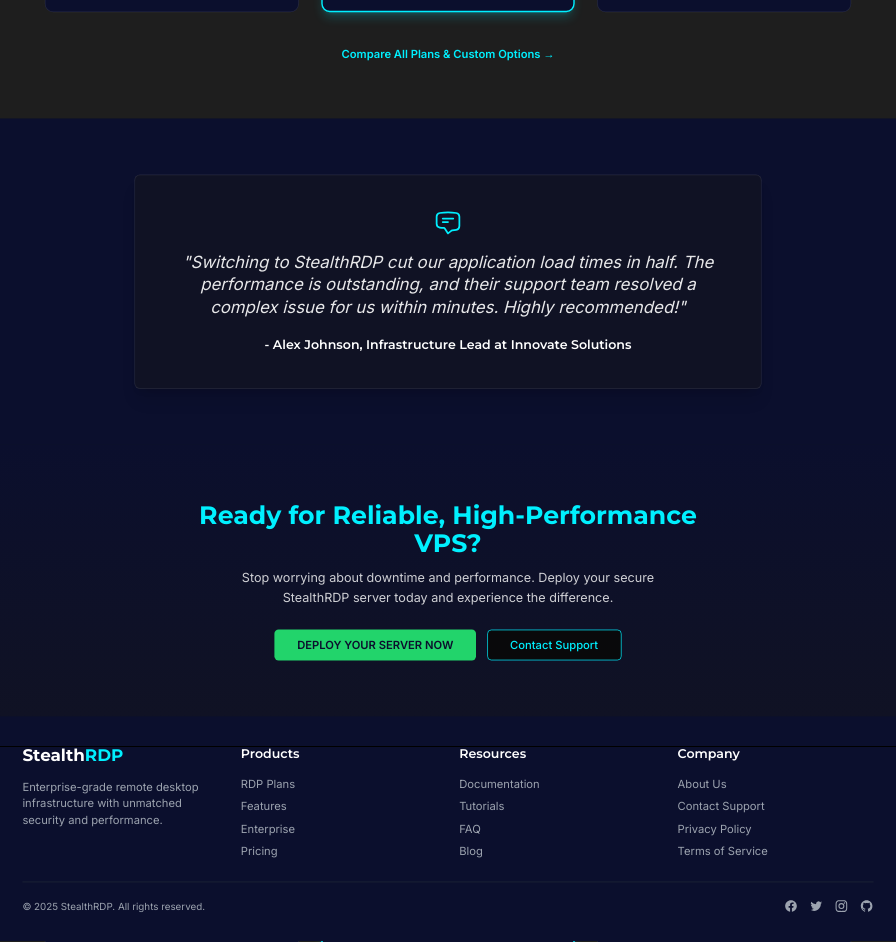
Repository: Husnainn01/stealthrdp2
Page: /
The author's editor kept a copy of each file at every save. The page is drawn from the files as they stood at one save, then again after the next save.
The browser window is 1280 px wide. The pictures show the part of the page from y = 1838 to 3758 px (the page is 3183 px tall before and 4305 px after), at 70% of full size.
The project was rebuilt for these pictures with package versions that can differ from the ones it lists, and the page was loaded fresh each time. Also part of the build but not shown: vite.config.ts, src/components/ui/tooltip.tsx, src/components/ui/accordion.tsx, src/pages/FAQ.tsx, src/components/ui/card.tsx, src/components/ui/tabs.tsx, src/pages/Plans.tsx, src/pages/Features.tsx and 1 more.

Above is the page before, as saved 2025-05-05 23:18:08.

### index.html
<!DOCTYPE html>
<html lang="en">
  <head>
    <meta charset="UTF-8" />
    <meta name="viewport" content="width=device-width, initial-scale=1.0" />
    <title>stealth-digital-revamp</title>
    <meta name="description" content="Lovable Generated Project" />
    <meta name="author" content="Lovable" />

    <meta property="og:title" content="stealth-digital-revamp" />
    <meta property="og:description" content="Lovable Generated Project" />
    <meta property="og:type" content="website" />
    <meta property="og:image" content="https://lovable.dev/opengraph-image-p98pqg.png" />

    <meta name="twitter:card" content="summary_large_image" />
    <meta name="twitter:site" content="@lovable_dev" />
    <meta name="twitter:image" content="https://lovable.dev/opengraph-image-p98pqg.png" />
  </head>

  <body>
    <div id="root"></div>
    <!-- IMPORTANT: DO NOT REMOVE THIS SCRIPT TAG OR THIS VERY COMMENT! -->
    <script src="https://cdn.gpteng.co/gptengineer.js" type="module"></script>
    <script type="module" src="/src/main.tsx"></script>

    <!--Start of Tawk.to Script-->
    <script type="text/javascript">
    var Tawk_API=Tawk_API||{}, Tawk_LoadStart=new Date();
    (function(){
    var s1=document.createElement("script"),s0=document.getElementsByTagName("script")[0];
    s1.async=true;
    s1.src='https://embed.tawk.to/67aadec4825083258e1318e0/1ijpnccj4';
    s1.charset='UTF-8';
    s1.setAttribute('crossorigin','*');
    s0.parentNode.insertBefore(s1,s0);
    })();
    </script>
    <!--End of Tawk.to Script-->
  </body>
</html>

### src/App.tsx
import { Toaster } from "@/components/ui/toaster";
import { Toaster as Sonner } from "@/components/ui/sonner";
import { TooltipProvider } from "@/components/ui/tooltip";
import { QueryClient, QueryClientProvider } from "@tanstack/react-query";
import { BrowserRouter, Routes, Route } from "react-router-dom";
import ScrollToTop from "./components/ScrollToTop";
import Index from "./pages/Index";
import FAQPage from "./pages/FAQ";
import Plans from "./pages/Plans";
import Features from "./pages/Features";
import NotFound from "./pages/NotFound";

const queryClient = new QueryClient();

const App = () => (
  <QueryClientProvider client={queryClient}>
    <TooltipProvider>
      <Toaster />
      <Sonner />
      <BrowserRouter>
        <ScrollToTop />
        <Routes>
          <Route path="/" element={<Index />} />
          <Route path="/faq" element={<FAQPage />} />
          <Route path="/plans" element={<Plans />} />
          <Route path="/features" element={<Features />} />
          {/* ADD ALL CUSTOM ROUTES ABOVE THE CATCH-ALL "*" ROUTE */}
          <Route path="*" element={<NotFound />} />
        </Routes>
      </BrowserRouter>
    </TooltipProvider>
  </QueryClientProvider>
);

export default App;

### src/components/ui/toaster.tsx
import { useToast } from "@/hooks/use-toast"
import {
  Toast,
  ToastClose,
  ToastDescription,
  ToastProvider,
  ToastTitle,
  ToastViewport,
} from "@/components/ui/toast"

export function Toaster() {
  const { toasts } = useToast()

  return (
    <ToastProvider>
      {toasts.map(function ({ id, title, description, action, ...props }) {
        return (
          <Toast key={id} {...props}>
            <div className="grid gap-1">
              {title && <ToastTitle>{title}</ToastTitle>}
              {description && (
                <ToastDescription>{description}</ToastDescription>
              )}
            </div>
            {action}
            <ToastClose />
          </Toast>
        )
      })}
      <ToastViewport />
    </ToastProvider>
  )
}

### src/components/ui/sonner.tsx
import { useTheme } from "next-themes"
import { Toaster as Sonner, toast } from "sonner"

type ToasterProps = React.ComponentProps<typeof Sonner>

const Toaster = ({ ...props }: ToasterProps) => {
  const { theme = "system" } = useTheme()

  return (
    <Sonner
      theme={theme as ToasterProps["theme"]}
      className="toaster group"
      toastOptions={{
        classNames: {
          toast:
            "group toast group-[.toaster]:bg-background group-[.toaster]:text-foreground group-[.toaster]:border-border group-[.toaster]:shadow-lg",
          description: "group-[.toast]:text-muted-foreground",
          actionButton:
            "group-[.toast]:bg-primary group-[.toast]:text-primary-foreground",
          cancelButton:
            "group-[.toast]:bg-muted group-[.toast]:text-muted-foreground",
        },
      }}
      {...props}
    />
  )
}

export { Toaster, toast }

### src/components/ScrollToTop.tsx
import { useEffect } from 'react';
import { useLocation } from 'react-router-dom';

// This component scrolls to the top of the page when the route changes
const ScrollToTop = () => {
  const { pathname } = useLocation();

  useEffect(() => {
    // Scroll to top with smooth behavior
    window.scrollTo({
      top: 0,
      left: 0,
      behavior: 'smooth'
    });
  }, [pathname]);

  return null; // This component doesn't render anything
};

export default ScrollToTop;

### src/pages/Index.tsx
import React from 'react';
import { Link } from 'react-router-dom';
import Layout from '@/components/Layout';
import { Button } from '@/components/ui/button';
import { Check, Zap, ShieldCheck, Clock, Users } from 'lucide-react';

const Index = () => {
  return (
    <Layout>
      {/* 1. Hero Section */}
      <section className="pt-24 pb-16 md:pt-32 md:pb-24 relative overflow-hidden bg-gradient-to-b from-charcoal to-midnight">
        <div className="absolute inset-0 z-0 opacity-30 bg-[radial-gradient(#22D46B1A_1px,transparent_1px)] [background-size:24px_24px]"></div>
        <div className="container relative z-10">
          <div className="max-w-4xl mx-auto text-center">
            <h1 className="text-4xl md:text-5xl lg:text-6xl font-bold font-montserrat mb-6 text-electric fade-in">
              Blazing-Fast & Secure VPS Hosting
            </h1>
            <p className="text-white/80 text-lg md:text-xl mb-8 fade-in" style={{ animationDelay: '0.2s' }}>
              Get instant server deployment, NVMe SSD speed, robust DDoS protection, and expert 24/7 support.
            </p>
            <div className="flex flex-col sm:flex-row justify-center gap-4 mb-6 fade-in" style={{ animationDelay: '0.4s' }}>
              <Button asChild size="lg" className="bg-cyber text-midnight hover:bg-cyber/90 font-bold uppercase text-base px-8 py-3">
                <Link to="/plans">Deploy Your Server Now</Link>
              </Button>
              <Button asChild variant="outline" size="lg" className="border-electric text-electric hover:bg-electric/10 text-base px-8 py-3">
                <Link to="/plans">Compare Plans</Link>
              </Button>
            </div>
            {/* Trust Signals */}
            <div className="flex justify-center items-center gap-4 md:gap-6 text-white/60 text-sm fade-in" style={{ animationDelay: '0.6s' }}>
              <span className="flex items-center gap-1.5"><Check size={16} /> Instant Setup</span>
              <span className="flex items-center gap-1.5"><ShieldCheck size={16} /> 99.9% Uptime</span>
              <span className="flex items-center gap-1.5"><Users size={16} /> 24/7 Support</span>
            </div>
          </div>
        </div>
      </section>

      {/* 2. Trust/Client Logo Bar */}
      <section className="py-8 bg-midnight">
        <div className="container">
          <p className="text-center text-white/50 text-sm font-montserrat uppercase tracking-wider mb-6">Powering Businesses Worldwide</p>
          <div className="grid grid-cols-3 md:grid-cols-6 gap-8 items-center max-w-4xl mx-auto">
            {[1, 2, 3, 4, 5, 6].map((i) => (
              <div key={i} className="flex justify-center">
                <img
                  src={`https://placehold.co/150x40/FFFFFF/CCCCCC?text=Client+${i}&font=montserrat`}
                  alt={`Client Logo ${i}`}
                  className="h-6 md:h-8 w-auto opacity-50 hover:opacity-90 transition-opacity"
                />
              </div>
            ))}
          </div>
        </div>
      </section>

      {/* 3. Key Differentiators/Why Us? */}
      <section className="bg-charcoal py-16 md:py-20">
        <div className="container">
          <h2 className="text-3xl md:text-4xl font-bold font-montserrat text-center mb-12 text-white">
            Why Choose StealthRDP?
          </h2>
          <div className="grid grid-cols-1 md:grid-cols-2 lg:grid-cols-4 gap-8">
            {/* Feature 1: Performance */}
            <div className="text-center p-6 rounded-lg bg-midnight/50 border border-white/10 card-hover">
              <Zap className="h-10 w-10 text-cyber mx-auto mb-4" strokeWidth={1.5} />
              <h3 className="text-xl font-semibold font-montserrat text-white mb-2">Unmatched Performance</h3>
              <p className="text-white/70 text-sm leading-relaxed">
                Experience lightning-fast speeds with our NVMe SSDs and high-performance CPU cores, optimized for demanding workloads.
              </p>
            </div>
            {/* Feature 2: Security */}
            <div className="text-center p-6 rounded-lg bg-midnight/50 border border-white/10 card-hover">
              <ShieldCheck className="h-10 w-10 text-electric mx-auto mb-4" strokeWidth={1.5} />
              <h3 className="text-xl font-semibold font-montserrat text-white mb-2">Rock-Solid Security</h3>
              <p className="text-white/70 text-sm leading-relaxed">
                Benefit from robust DDoS protection, secure network infrastructure, and proactive monitoring to keep your data safe.
              </p>
            </div>
            {/* Feature 3: Deployment */}
            <div className="text-center p-6 rounded-lg bg-midnight/50 border border-white/10 card-hover">
              <Clock className="h-10 w-10 text-cyber mx-auto mb-4" strokeWidth={1.5} />
              <h3 className="text-xl font-semibold font-montserrat text-white mb-2">Instant Deployment</h3>
              <p className="text-white/70 text-sm leading-relaxed">
                Get your VPS server up and running in minutes after checkout. No waiting, just immediate access.
              </p>
            </div>
            {/* Feature 4: Support */}
            <div className="text-center p-6 rounded-lg bg-midnight/50 border border-white/10 card-hover">
              <Users className="h-10 w-10 text-electric mx-auto mb-4" strokeWidth={1.5} />
              <h3 className="text-xl font-semibold font-montserrat text-white mb-2">Expert Support</h3>
              <p className="text-white/70 text-sm leading-relaxed">
                Our knowledgeable support team is available 24/7 via ticket or chat to assist with any issues or questions.
              </p>
            </div>
          </div>
        </div>
      </section>

      {/* 4. Simplified Plans Preview */}
      <section className="py-16 md:py-20 bg-steel">
        <div className="container">
          <div className="text-center mb-12">
            <h2 className="text-3xl md:text-4xl font-bold font-montserrat mb-4 text-white">
              Find Your Perfect VPS Plan
            </h2>
            <p className="text-white/80 max-w-2xl mx-auto">
              Simple, powerful plans designed for performance and reliability. All include DDoS protection & 24/7 support.
            </p>
          </div>

          <div className="grid grid-cols-1 md:grid-cols-3 gap-8 max-w-6xl mx-auto">
            {/* Plan 1: Bronze */}
            <div className="bg-midnight border border-white/10 rounded-xl overflow-hidden card-hover flex flex-col">
              <div className="p-6 flex-grow">
                <h3 className="text-xl font-bold font-montserrat text-white mb-1">Bronze</h3>
                <p className="text-white/70 text-sm mb-4">Great for small projects & testing</p>
                <div className="flex items-baseline mb-4">
                  <span className="text-3xl font-bold text-white">$15</span>
                  <span className="text-white/60 ml-1 text-sm">/month</span>
                </div>
                <ul className="space-y-3 mb-6 text-sm">
                  <li className="flex items-center gap-2"><Check className="h-4 w-4 text-cyber flex-shrink-0" /><span className="text-white/80">2 vCPU Cores</span></li>
                  <li className="flex items-center gap-2"><Check className="h-4 w-4 text-cyber flex-shrink-0" /><span className="text-white/80">4GB RAM</span></li>
                  <li className="flex items-center gap-2"><Check className="h-4 w-4 text-cyber flex-shrink-0" /><span className="text-white/80">80GB NVMe SSD</span></li>
                  <li className="flex items-center gap-2"><Check className="h-4 w-4 text-cyber flex-shrink-0" /><span className="text-white/80">Unlimited Bandwidth</span></li>
                </ul>
              </div>
              <div className="p-6 pt-0">
                 <Button asChild className="w-full border border-electric text-electric hover:bg-electric/10 transition-colors">
                   <Link to="/plans?plan=bronze">Choose Bronze</Link>
                 </Button>
              </div>
            </div>

            {/* Plan 2: Silver (Popular) */}
            <div className="bg-midnight border-2 border-electric rounded-xl overflow-hidden relative card-hover shadow-lg shadow-electric/20 flex flex-col">
              <div className="absolute top-0 right-0 bg-electric text-midnight px-3 py-1 text-xs font-bold font-montserrat rounded-bl-lg z-10">
                POPULAR
              </div>
              <div className="p-6 flex-grow">
                <h3 className="text-xl font-bold font-montserrat text-white mb-1">Silver</h3>
                <p className="text-white/70 text-sm mb-4">Perfect balance for growing sites</p>
                <div className="flex items-baseline mb-4">
                  <span className="text-3xl font-bold text-white">$30</span>
                  <span className="text-white/60 ml-1 text-sm">/month</span>
                </div>
                <ul className="space-y-3 mb-6 text-sm">
                  <li className="flex items-center gap-2"><Check className="h-4 w-4 text-cyber flex-shrink-0" /><span className="text-white/80">4 vCPU Cores</span></li>
                  <li className="flex items-center gap-2"><Check className="h-4 w-4 text-cyber flex-shrink-0" /><span className="text-white/80">8GB RAM</span></li>
                  <li className="flex items-center gap-2"><Check className="h-4 w-4 text-cyber flex-shrink-0" /><span className="text-white/80">120GB NVMe SSD</span></li>
                  <li className="flex items-center gap-2"><Check className="h-4 w-4 text-cyber flex-shrink-0" /><span className="text-white/80">Unlimited Bandwidth</span></li>
                  <li className="flex items-center gap-2"><Check className="h-4 w-4 text-cyber flex-shrink-0" /><span className="text-white/80">Priority Support</span></li>
                </ul>
              </div>
              <div className="p-6 pt-0">
                 <Button asChild className="w-full btn-electric">
                   <Link to="/plans?plan=silver">Choose Silver</Link>
                 </Button>
              </div>
            </div>

            {/* Plan 3: Gold */}
            <div className="bg-midnight border border-white/10 rounded-xl overflow-hidden card-hover flex flex-col">
              <div className="p-6 flex-grow">
                <h3 className="text-xl font-bold font-montserrat text-white mb-1">Gold</h3>
                <p className="text-white/70 text-sm mb-4">Powerhouse for demanding apps</p>
                <div className="flex items-baseline mb-4">
                  <span className="text-3xl font-bold text-white">$50</span>
                  <span className="text-white/60 ml-1 text-sm">/month</span>
                </div>
                <ul className="space-y-3 mb-6 text-sm">
                  <li className="flex items-center gap-2"><Check className="h-4 w-4 text-cyber flex-shrink-0" /><span className="text-white/80">8 vCPU Cores</span></li>
                  <li className="flex items-center gap-2"><Check className="h-4 w-4 text-cyber flex-shrink-0" /><span className="text-white/80">16GB RAM</span></li>
                  <li className="flex items-center gap-2"><Check className="h-4 w-4 text-cyber flex-shrink-0" /><span className="text-white/80">250GB NVMe SSD</span></li>
                  <li className="flex items-center gap-2"><Check className="h-4 w-4 text-cyber flex-shrink-0" /><span className="text-white/80">Unlimited Bandwidth</span></li>
                  <li className="flex items-center gap-2"><Check className="h-4 w-4 text-cyber flex-shrink-0" /><span className="text-white/80">Premium Support</span></li>
                </ul>
              </div>
              <div className="p-6 pt-0">
                 <Button asChild className="w-full border border-electric text-electric hover:bg-electric/10 transition-colors">
                   <Link to="/plans?plan=gold">Choose Gold</Link>
                 </Button>
              </div>
            </div>
          </div>

          <div className="text-center mt-12">
            <Link to="/plans" className="text-electric hover:underline font-semibold">
              Compare All Plans & Custom Options →
            </Link>
          </div>
        </div>
      </section>

      {/* 5. Social Proof (Testimonial) */}
      <section className="py-16 md:py-20 bg-midnight">
         <div className="container">
           <div className="bg-charcoal rounded-lg p-8 md:p-12 max-w-4xl mx-auto text-center shadow-xl border border-white/10">
             <svg xmlns="http://www.w3.org/2000/svg" className="h-10 w-10 text-electric mx-auto mb-5" fill="none" viewBox="0 0 24 24" stroke="currentColor" strokeWidth={1.5}>
               <path strokeLinecap="round" strokeLinejoin="round" d="M7.5 8.25h9m-9 3H12m-9.75 1.51c0 1.6 1.123 2.994 2.707 3.227 1.129.166 2.27.293 3.423.379.35.026.67.21.865.501L12 21l2.755-2.13a1.14 1.14 0 01.865-.501 48.172 48.172 0 003.423-.379c1.584-.233 2.707-1.626 2.707-3.228V6.741c0-1.602-1.123-2.995-2.707-3.228A48.394 48.394 0 0012 3c-2.392 0-4.744.175-7.043.513C3.373 3.746 2.25 5.14 2.25 6.741v6.018z" />
             </svg>
             <p className="text-xl md:text-2xl text-white/90 italic leading-relaxed mb-6">
               "Switching to StealthRDP cut our application load times in half. The performance is outstanding, and their support team resolved a complex issue for us within minutes. Highly recommended!"
             </p>
             <p className="font-semibold text-white font-montserrat text-lg">
               - Alex Johnson, Infrastructure Lead at Innovate Solutions
             </p>
           </div>
         </div>
       </section>

      {/* 7. Final Call to Action */}
      <section className="py-16 md:py-20 bg-gradient-to-t from-charcoal to-midnight">
        <div className="container">
          <div className="max-w-3xl mx-auto text-center">
            <h2 className="text-3xl md:text-4xl font-bold font-montserrat mb-4 text-electric">
              Ready for Reliable, High-Performance VPS?
            </h2>
            <p className="text-white/80 text-lg mb-8 max-w-2xl mx-auto">
              Stop worrying about downtime and performance. Deploy your secure StealthRDP server today and experience the difference.
            </p>
            <div className="flex flex-col sm:flex-row justify-center gap-4">
              <Button asChild size="lg" className="bg-cyber text-midnight hover:bg-cyber/90 font-bold uppercase text-base px-8 py-3">
                <Link to="/plans">Deploy Your Server Now</Link>
              </Button>
              <Button asChild variant="outline" size="lg" className="border-electric text-electric hover:bg-electric/10 text-base px-8 py-3">
                 <a href="https://stealthrdp.com/dash/submitticket.php" target="_blank" rel="noopener noreferrer">Contact Support</a>
              </Button>
            </div>
          </div>
        </div>
      </section>
    </Layout>
  );
};

export default Index;

### src/components/Layout.tsx

import React from 'react';
import Navbar from './Navbar';
import Footer from './Footer';

interface LayoutProps {
  children: React.ReactNode;
}

const Layout: React.FC<LayoutProps> = ({ children }) => {
  return (
    <div className="flex flex-col min-h-screen">
      <Navbar />
      <main className="flex-grow">{children}</main>
      <Footer />
    </div>
  );
};

export default Layout;

### src/components/ui/button.tsx
import * as React from "react"
import { Slot } from "@radix-ui/react-slot"
import { cn } from "@/lib/utils"
import { buttonVariants, type ButtonProps } from "@/lib/ui-utils/button-variants"

const Button = React.forwardRef<HTMLButtonElement, ButtonProps>(
  ({ className, variant, size, asChild = false, ...props }, ref) => {
    const Comp = asChild ? Slot : "button"
    return (
      <Comp
        className={cn(buttonVariants({ variant, size, className }))}
        ref={ref}
        {...props}
      />
    )
  }
)
Button.displayName = "Button"

export { Button }

Loaded but not shown: src/main.tsx (common file); src/hooks/use-toast.ts (common file); src/lib/utils.ts (common file); src/components/Footer.tsx (83 lines, source omitted); src/components/ui/toast.tsx (127 lines, source omitted); src/components/Navbar.tsx (133 lines, source omitted); tailwind.config.ts (110 lines, source omitted); src/index.css (70 lines, source omitted); src/lib/ui-utils/button-variants.ts (36 lines, source omitted)

After the next save:
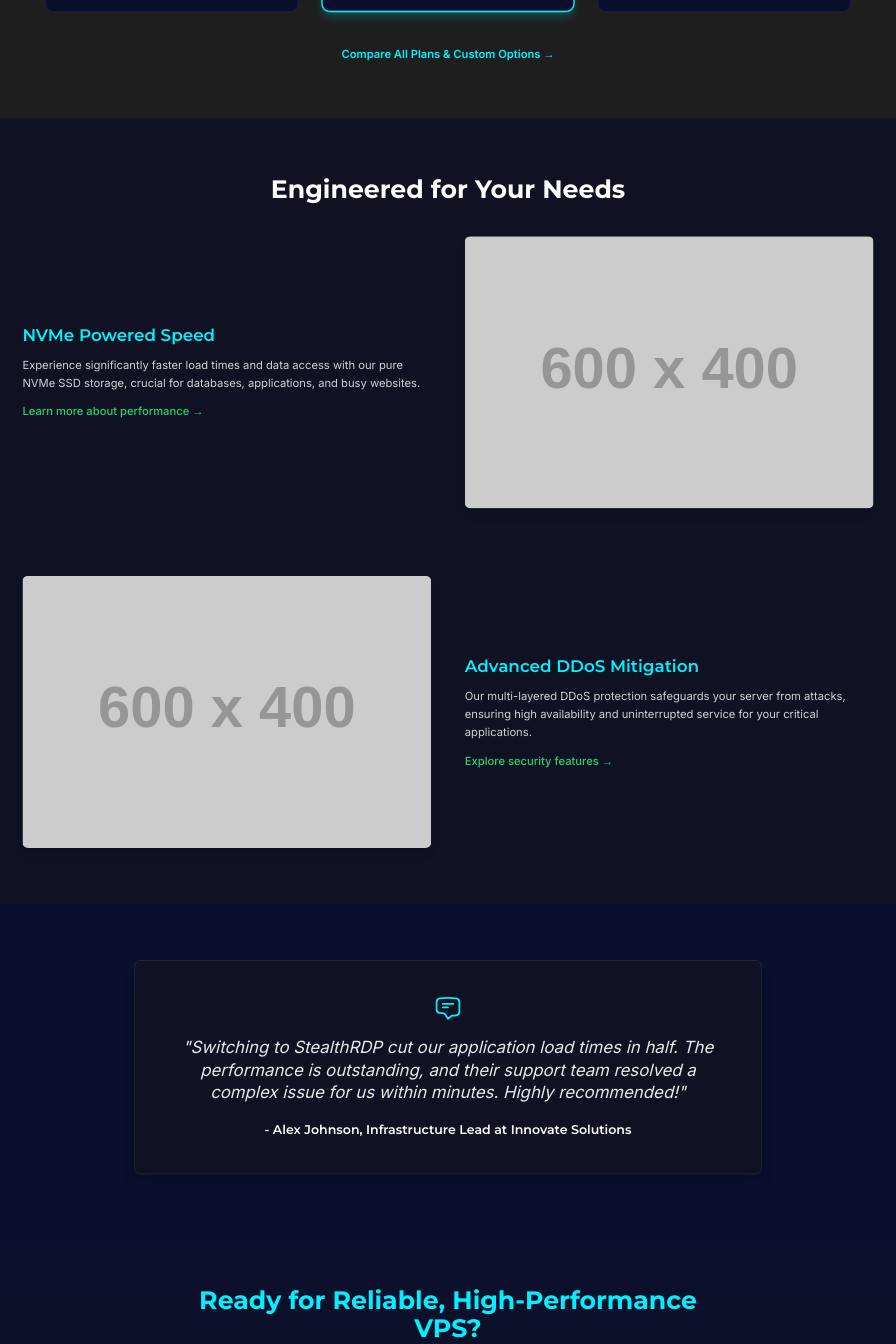
Saved 15 s later.
--- a/src/pages/Index.tsx
+++ b/src/pages/Index.tsx
@@ -193,6 +193,52 @@
         </div>
       </section>
 
+      {/* NEW: Detailed Features / Use Cases Section */}
+      <section className="py-16 md:py-20 bg-charcoal">
+        <div className="container">
+          <h2 className="text-3xl md:text-4xl font-bold font-montserrat text-center mb-12 text-white">
+            Engineered for Your Needs
+          </h2>
+
+          {/* Feature Row 1: Performance */}
+          <div className="grid grid-cols-1 md:grid-cols-2 gap-12 items-center mb-16 md:mb-24">
+            <div className="md:order-2">
+              <img
+                src="https://placehold.co/600x400/1E1E1E/22D46B?text=NVMe+Performance"
+                alt="NVMe SSD Performance Visualization"
+                className="w-full h-auto rounded-lg shadow-lg"
+              />
+            </div>
+            <div className="md:order-1">
+              <h3 className="text-2xl font-semibold font-montserrat text-electric mb-3">NVMe Powered Speed</h3>
+              <p className="text-white/80 leading-relaxed mb-4">
+                Experience significantly faster load times and data access with our pure NVMe SSD storage, crucial for databases, applications, and busy websites.
+              </p>
+              <Link to="/features#performance" className="text-cyber font-medium hover:underline">Learn more about performance →</Link>
+            </div>
+          </div>
+
+          {/* Feature Row 2: Security */}
+          <div className="grid grid-cols-1 md:grid-cols-2 gap-12 items-center">
+            <div>
+              <img
+                src="https://placehold.co/600x400/1E1E1E/00F0FF?text=Advanced+Security"
+                alt="Advanced Security Shield"
+                className="w-full h-auto rounded-lg shadow-lg"
+              />
+            </div>
+            <div>
+              <h3 className="text-2xl font-semibold font-montserrat text-electric mb-3">Advanced DDoS Mitigation</h3>
+              <p className="text-white/80 leading-relaxed mb-4">
+                Our multi-layered DDoS protection safeguards your server from attacks, ensuring high availability and uninterrupted service for your critical applications.
+              </p>
+              <Link to="/features#security" className="text-cyber font-medium hover:underline">Explore security features →</Link>
+            </div>
+          </div>
+
+        </div>
+      </section>
+
       {/* 5. Social Proof (Testimonial) */}
       <section className="py-16 md:py-20 bg-midnight">
          <div className="container">
